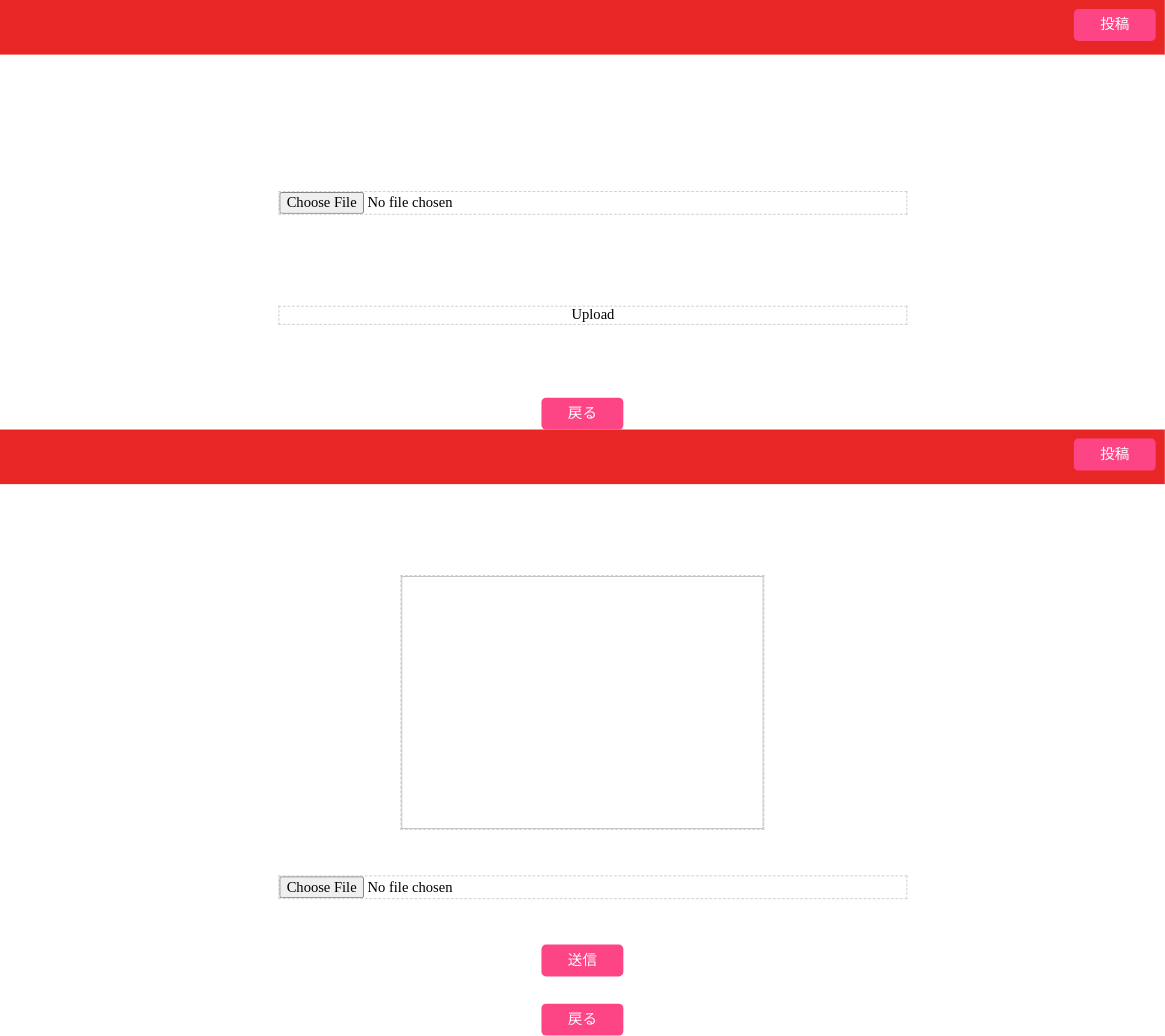
Repository: masaharu0090/yuibon_001
Page: http://localhost/ImagePosting_08.04/views/postImageForm.php?id=25
These files come from the project's save history. The page is drawn as it stood at one moment and after the next save; the edit follows.
The browser window is 1280 px wide. The pictures show the whole page, at 91% of full size.
The page is run by PHP 8.4 with error messages shown; the project is at /var/www/html/.

Above is the page before, as saved 2023-08-06 02:02:11.

### ImagePosting_08.04/views/postImageForm.php
<!DOCTYPE html>
<html lang="ja">

<head>
    <meta charset="UTF-8">
    <meta http-equiv="X-UA-Compatible" content="IE=edge">
    <meta name="viewport" content="width=device-width, initial-scale=1.0">
    <link rel="stylesheet" href="../assets/css/style.css">
    <title>画像投稿アプリ</title>
</head>

<body>
    <?php include('./header.php') ?>
    <div class="submitImage">
        <?php
        $action = isset($_GET['id']) ? "../api/updateImage.php?id={$_GET['id']}" : "../api/postImage.php";
        ?>
        <form action="<?php echo $action; ?>" method="post" enctype="multipart/form-data">
            <input type="file" name="file" id="file">
            <input type="submit" name="submit" value="Upload">
        </form>

        <button onclick="location.href='../html/index.php';" class="backButton">戻る</button>
    </div>
</body>

<body>
    <?php include('./header.php') ?>
    <div class="submitImage">
        <?php if(isset($_GET['id'])) { ?>
        <form action="../updateImage.php?id=<?php echo($_GET['id']); ?>" method="post" enctype="multipart/form-data">
            <?php } else { ?>
            <form action="../postImage.php" method="post" enctype="multipart/form-data">
                <?php } ?>
                <img id="preview">
                <input type="file" name="file" onchange="previewFile(this);">
                <button type="submit" name="submit">送信</button>
            </form>
            <button onclick="location.href='./index.php';" class="backButton">戻る</button>
    </div>
</body>

</html>

<script>
function previewFile(event) {
    var fileData = new FileReader();
    fileData.onload = (function() {
        document.getElementById('preview').src = fileData.result;
    });
    fileData.readAsDataURL(event.files[0]);
}
</script>

### ImagePosting_08.04/views/header.php
<!DOCTYPE html>
<html lang="ja">

<head>
    <meta charset="UTF-8">
    <meta http-equiv="X-UA-Compatible" content="IE=edge">
    <meta name="viewport" content="width=device-width, initial-scale=1.0">
    <link rel="stylesheet" href="../style.css">
    <title>画像投稿アプリ</title>
</head>

<body>
    <div class="header">
        <button class="postImage" onclick="location.href='../views/postImageForm.php';">投稿</button>
    </div>
</body>

</html>

### ImagePosting_08.04/assets/css/style.css
/*! destyle.css v3.0.2 | MIT License | https://github.com/nicolas-cusan/destyle.css */

/* Reset box-model and set borders */
/* ============================================ */

*,
::before,
::after {
  box-sizing: border-box;
  border-style: solid;
  border-width: 0;
}

/* Document */
/* ============================================ */

/**
 * 1. Correct the line height in all browsers.
 * 2. Prevent adjustments of font size after orientation changes in iOS.
 * 3. Remove gray overlay on links for iOS.
 */

html {
  line-height: 1.15; /* 1 */
  -webkit-text-size-adjust: 100%; /* 2 */
  -webkit-tap-highlight-color: transparent; /* 3*/
}

/* Sections */
/* ============================================ */

/**
 * Remove the margin in all browsers.
 */

body {
  margin: 0;
}

/**
 * Render the `main` element consistently in IE.
 */

main {
  display: block;
}

/* Vertical rhythm */
/* ============================================ */

p,
table,
blockquote,
address,
pre,
iframe,
form,
figure,
dl {
  margin: 0;
}

/* Headings */
/* ============================================ */

h1,
h2,
h3,
h4,
h5,
h6 {
  font-size: inherit;
  font-weight: inherit;
  margin: 0;
}
/* Lists (enumeration) */
/* ============================================ */


ul,
ol {
  margin: 0;
  padding: 0;
  list-style: none;
}

/* Lists (definition) */
/* ============================================ */

dt {
  font-weight: bold;
}

dd {
  margin-left: 0;
}

/* Grouping content */
/* ============================================ */

/**
 * 1. Add the correct box sizing in Firefox.
 * 2. Show the overflow in Edge and IE.
 */

hr {
  box-sizing: content-box; /* 1 */
  height: 0; /* 1 */
  overflow: visible; /* 2 */
  border-top-width: 1px;
  margin: 0;
  clear: both;
  color: inherit;
}

/**
 * 1. Correct the inheritance and scaling of font size in all browsers.
 * 2. Correct the odd `em` font sizing in all browsers.
 */

pre {
  font-family: monospace, monospace; /* 1 */
  font-size: inherit; /* 2 */
}

address {
  font-style: inherit;
}

/* Text-level semantics */
/* ============================================ */

/**
 * Remove the gray background on active links in IE 10.
 */

a {
  background-color: transparent;
  text-decoration: none;
  color: inherit;
}

/**
 * 1. Remove the bottom border in Chrome 57-
 * 2. Add the correct text decoration in Chrome, Edge, IE, Opera, and Safari.
 */

abbr[title] {
  text-decoration: underline dotted; /* 2 */
}

/**
 * Add the correct font weight in Chrome, Edge, and Safari.
 */

b,
strong {
  font-weight: bolder;
}

/**
 * 1. Correct the inheritance and scaling of font size in all browsers.
 * 2. Correct the odd `em` font sizing in all browsers.
 */

code,
kbd,
samp {
  font-family: monospace, monospace; /* 1 */
  font-size: inherit; /* 2 */
}

/**
 * Add the correct font size in all browsers.
 */

small {
  font-size: 80%;
}

/**
 * Prevent `sub` and `sup` elements from affecting the line height in
 * all browsers.
 */

sub,
sup {
  font-size: 75%;
  line-height: 0;
  position: relative;
  vertical-align: baseline;
}

sub {
  bottom: -0.25em;
}

sup {
  top: -0.5em;
}

/* Replaced content */
/* ============================================ */

/**
 * Prevent vertical alignment issues.
 */

svg,
img,
embed,
object,
iframe {
  vertical-align: bottom;
}

/* Forms */
/* ============================================ */

/**
 * Reset form fields to make them styleable.
 * 1. Make form elements stylable across systems iOS especially.
 * 2. Inherit text-transform from parent.
 */

button,
input,
optgroup,
select,
textarea {
  -webkit-appearance: none; /* 1 */
  appearance: none;
  vertical-align: middle;
  color: inherit;
  font: inherit;
  background: transparent;
  padding: 0;
  margin: 0;
  border-radius: 0;
  text-align: inherit;
  text-transform: inherit; /* 2 */
}

/**
 * Reset radio and checkbox appearance to preserve their look in iOS.
 */

[type="checkbox"] {
  -webkit-appearance: checkbox;
  appearance: checkbox;
}

[type="radio"] {
  -webkit-appearance: radio;
  appearance: radio;
}

/**
 * Correct cursors for clickable elements.
 */

button,
[type="button"],
[type="reset"],
[type="submit"] {
  cursor: pointer;
}

button:disabled,
[type="button"]:disabled,
[type="reset"]:disabled,
[type="submit"]:disabled {
  cursor: default;
}

/**
 * Improve outlines for Firefox and unify style with input elements & buttons.
 */

:-moz-focusring {
  outline: auto;
}

select:disabled {
  opacity: inherit;
}

/**
 * Remove padding
 */

option {
  padding: 0;
}

/**
 * Reset to invisible
 */

fieldset {
  margin: 0;
  padding: 0;
  min-width: 0;
}

legend {
  padding: 0;
}

/**
 * Add the correct vertical alignment in Chrome, Firefox, and Opera.
 */

progress {
  vertical-align: baseline;
}

/**
 * Remove the default vertical scrollbar in IE 10+.
 */

textarea {
  overflow: auto;
}

/**
 * Correct the cursor style of increment and decrement buttons in Chrome.
 */

[type="number"]::-webkit-inner-spin-button,
[type="number"]::-webkit-outer-spin-button {
  height: auto;
}

/**
 * 1. Correct the outline style in Safari.
 */

[type="search"] {
  outline-offset: -2px; /* 1 */
}

/**
 * Remove the inner padding in Chrome and Safari on macOS.
 */

[type="search"]::-webkit-search-decoration {
  -webkit-appearance: none;
}

/**
 * 1. Correct the inability to style clickable types in iOS and Safari.
 * 2. Fix font inheritance.
 */

::-webkit-file-upload-button {
  -webkit-appearance: button; /* 1 */
  font: inherit; /* 2 */
}

/**
 * Clickable labels
 */

label[for] {
  cursor: pointer;
}

/* Interactive */
/* ============================================ */

/*
 * Add the correct display in Edge, IE 10+, and Firefox.
 */

details {
  display: block;
}

/*
 * Add the correct display in all browsers.
 */

summary {
  display: list-item;
}

/*
 * Remove outline for editable content.
 */

[contenteditable]:focus {
  outline: auto;
}

/* Tables */
/* ============================================ */

/**
1. Correct table border color inheritance in all Chrome and Safari.
*/

table {
  border-color: inherit; /* 1 */
  border-collapse: collapse;
}

caption {
  text-align: left;
}

td,
th {
  vertical-align: top;
  padding: 0;
}

th {
  text-align: left;
  font-weight: bold;
}

/* 共通CSS */
/* ヘッダーCSS */
.header {
  width: 100%;
  height: 60px;
  background-color: #e92626;
  display: flex;
  justify-content: end;
}

.postImage {
  margin: 10px;
}

/* 画像投稿アプリ用buttonタグCSS */
button {
  color: #fff;
  background-color: #fd4485;
  width: 90px;
  height: 35px;
  text-align: center;
  border-radius: 5px;
}

/* 画像一覧ページ */
.imageList {
  width: 80%;
  margin: 10px auto 0 auto;
  display: flex;
  flex-wrap: wrap;
  justify-content: center;
  align-items: center;
}

.imageList img {
  width: 300px;
  height: 200px;
  object-fit: cover;
  margin: 10px;
  cursor: pointer;
}

.imageList img:hover {
  opacity: 70%;
}

.customDiv {
  display: flex;
  flex-wrap: wrap;
  justify-content: center;
  align-items: center;
}

.imageFrame {
  position: relative;
  width: calc(10% - 20px); /* 画像枠の幅を10%に設定 (10個の画像を横に並べるため) */
  margin: 5px;
  display: inline-block;
  border: 1px solid #ccc; /* 枠のデフォルトのスタイルを追加 */
  overflow: hidden; /* 画像のアスペクト比を保つために必要 */
}

.imageFrame img {
  max-width: 100%; /* 画像を枠内に収めるため、枠幅に合わせてサイズを調整 */
  height: auto;
  display: block;
}

.imageNumber {
  position: absolute;
  top: 5px;
  left: 5px;
  background-color: rgba(255, 255, 255, 0.8);
  border: 1px solid #ccc;
  border-radius: 5px;
  padding: 3px;
  font-size: 12px;
}

/* 画像が選択されていない空の枠のスタイル */
.emptyImageFrame {
  position: relative;
  width: calc(10% - 20px); /* 画像枠の幅を10%に設定 (10個の画像を横に並べるため) */
  margin: 5px;
  display: inline-block;
  border: 1px dashed #ccc; /* 薄い点線の枠を追加 */
  background-color: #f0f0f0; /* グレーの背景色を追加 */
  padding-top: calc(10% - 20px); /* 枠のアスペクト比を1:1に保つためのトリック */
  text-align: center; /* 番号を中央に表示するためのスタイル */
  line-height: calc(10% - 20px); /* 枠の高さに合わせて行の高さを調整 */
}

/* 画像が選択されていない空の枠のスタイル */
.emptyImageFrame {
  position: relative;
  width: calc(10% - 20px); /* 画像枠の幅を10%に設定 (10個の画像を横に並べるため) */
  margin: 5px;
  display: inline-block;
  border: 1px dashed #ccc; /* 薄い点線の枠を追加 */
  background-color: #f0f0f0; /* グレーの背景色を追加 */
  padding-top: calc(10% - 20px); /* 枠のアスペクト比を1:1に保つためのトリック */
}

/* 画像が選択されていない空の枠のスタイル */
.emptyImageFrame {
  width: calc(10% - 20px); /* 画像枠の幅を10%に設定 (10個の画像を横に並べるため) */
  height: 0;
  padding-top: 100%; /* 枠のアスペクト比を1:1に保つためのトリック */
  margin: 5px;
  display: inline-block;
  border: 1px dashed #ccc; /* 薄い点線の枠を追加 */
}


/* 画像一覧ページ.ページネーション */
.pagination {
  display: flex;
  justify-content: center;
}

.pagination li {
  display: inline;
  padding:10px 15px;
  margin: 3px;
  border:1px #ccc solid;color:#000053;
  border-radius: 5px;
  cursor: pointer;
}

/* 画像詳細ページ */
.detailImageBox {
  width: 80%;
  margin: 50px auto 0 auto;
  text-align: center;
  display: flex;
}

/* 画像 */
.detailImage {
  width: 60%;
}

.detailImage img {
  width: 100%;
  height: 460px;
  object-fit: cover;
}

.detailImagButton {
  width: 50%;
  margin: 10px auto 30px auto;
  display: flex;
  justify-content: space-around;
}

.updateButton {
  background-color: #78E40C;
}

.deleteButton {
  background-color: #FF0000;
}

/* 画像詳細ページ.コメント */
.comment {
  width: 40%;
  margin-left: 40px;
  text-align: left;
  list-style: none;
}

.comment ul {
  height: 280px;
  overflow-y: scroll;
}

.commentTitle {
  font-size: 20px;
  font-weight: bold;
  margin-bottom: 30px;
}

.comment li {
  margin-bottom: 20px;
}

textarea {
  width: 90%;
  height: 100px;
  resize: none;
  border: 1px solid #ccc;
  margin: 20px 0;
  border-radius: 5px;
}

.submitComment {
  width: 100%;
  margin: 0 auto;
  text-align: center;
}

.submitImage {
  width: 60%;
  margin: 100px auto 0 auto;
  text-align: center;
}

#preview {
  margin: 0 auto;
  width: 400px;
  height: 280px;
  object-fit: cover;
  border: 1px dashed #ccc;
}

.submitImage input {
  width: 90%;
  border: 1px dashed #ccc;
  margin: 50px;
}

.backButton {
  margin-top: 30px;
}

### ImagePosting_08.04/style.css
/*! destyle.css v3.0.2 | MIT License | https://github.com/nicolas-cusan/destyle.css */

/* Reset box-model and set borders */
/* ============================================ */

*,
::before,
::after {
  box-sizing: border-box;
  border-style: solid;
  border-width: 0;
}

/* Document */
/* ============================================ */

/**
 * 1. Correct the line height in all browsers.
 * 2. Prevent adjustments of font size after orientation changes in iOS.
 * 3. Remove gray overlay on links for iOS.
 */

html {
  line-height: 1.15; /* 1 */
  -webkit-text-size-adjust: 100%; /* 2 */
  -webkit-tap-highlight-color: transparent; /* 3*/
}

/* Sections */
/* ============================================ */

/**
 * Remove the margin in all browsers.
 */

body {
  margin: 0;
}

/**
 * Render the `main` element consistently in IE.
 */

main {
  display: block;
}

/* Vertical rhythm */
/* ============================================ */

p,
table,
blockquote,
address,
pre,
iframe,
form,
figure,
dl {
  margin: 0;
}

/* Headings */
/* ============================================ */

h1,
h2,
h3,
h4,
h5,
h6 {
  font-size: inherit;
  font-weight: inherit;
  margin: 0;
}
/* Lists (enumeration) */
/* ============================================ */


ul,
ol {
  margin: 0;
  padding: 0;
  list-style: none;
}

/* Lists (definition) */
/* ============================================ */

dt {
  font-weight: bold;
}

dd {
  margin-left: 0;
}

/* Grouping content */
/* ============================================ */

/**
 * 1. Add the correct box sizing in Firefox.
 * 2. Show the overflow in Edge and IE.
 */

hr {
  box-sizing: content-box; /* 1 */
  height: 0; /* 1 */
  overflow: visible; /* 2 */
  border-top-width: 1px;
  margin: 0;
  clear: both;
  color: inherit;
}

/**
 * 1. Correct the inheritance and scaling of font size in all browsers.
 * 2. Correct the odd `em` font sizing in all browsers.
 */

pre {
  font-family: monospace, monospace; /* 1 */
  font-size: inherit; /* 2 */
}

address {
  font-style: inherit;
}

/* Text-level semantics */
/* ============================================ */

/**
 * Remove the gray background on active links in IE 10.
 */

a {
  background-color: transparent;
  text-decoration: none;
  color: inherit;
}

/**
 * 1. Remove the bottom border in Chrome 57-
 * 2. Add the correct text decoration in Chrome, Edge, IE, Opera, and Safari.
 */

abbr[title] {
  text-decoration: underline dotted; /* 2 */
}

/**
 * Add the correct font weight in Chrome, Edge, and Safari.
 */

b,
strong {
  font-weight: bolder;
}

/**
 * 1. Correct the inheritance and scaling of font size in all browsers.
 * 2. Correct the odd `em` font sizing in all browsers.
 */

code,
kbd,
samp {
  font-family: monospace, monospace; /* 1 */
  font-size: inherit; /* 2 */
}

/**
 * Add the correct font size in all browsers.
 */

small {
  font-size: 80%;
}

/**
 * Prevent `sub` and `sup` elements from affecting the line height in
 * all browsers.
 */

sub,
sup {
  font-size: 75%;
  line-height: 0;
  position: relative;
  vertical-align: baseline;
}

sub {
  bottom: -0.25em;
}

sup {
  top: -0.5em;
}

/* Replaced content */
/* ============================================ */

/**
 * Prevent vertical alignment issues.
 */

svg,
img,
embed,
object,
iframe {
  vertical-align: bottom;
}

/* Forms */
/* ============================================ */

/**
 * Reset form fields to make them styleable.
 * 1. Make form elements stylable across systems iOS especially.
 * 2. Inherit text-transform from parent.
 */

button,
input,
optgroup,
select,
textarea {
  -webkit-appearance: none; /* 1 */
  appearance: none;
  vertical-align: middle;
  color: inherit;
  font: inherit;
  background: transparent;
  padding: 0;
  margin: 0;
  border-radius: 0;
  text-align: inherit;
  text-transform: inherit; /* 2 */
}

/**
 * Reset radio and checkbox appearance to preserve their look in iOS.
 */

[type="checkbox"] {
  -webkit-appearance: checkbox;
  appearance: checkbox;
}

[type="radio"] {
  -webkit-appearance: radio;
  appearance: radio;
}

/**
 * Correct cursors for clickable elements.
 */

button,
[type="button"],
[type="reset"],
[type="submit"] {
  cursor: pointer;
}

button:disabled,
[type="button"]:disabled,
[type="reset"]:disabled,
[type="submit"]:disabled {
  cursor: default;
}

/**
 * Improve outlines for Firefox and unify style with input elements & buttons.
 */

:-moz-focusring {
  outline: auto;
}

select:disabled {
  opacity: inherit;
}

/**
 * Remove padding
 */

option {
  padding: 0;
}

/**
 * Reset to invisible
 */

fieldset {
  margin: 0;
  padding: 0;
  min-width: 0;
}

legend {
  padding: 0;
}

/**
 * Add the correct vertical alignment in Chrome, Firefox, and Opera.
 */

progress {
  vertical-align: baseline;
}

/**
 * Remove the default vertical scrollbar in IE 10+.
 */

textarea {
  overflow: auto;
}

/**
 * Correct the cursor style of increment and decrement buttons in Chrome.
 */

[type="number"]::-webkit-inner-spin-button,
[type="number"]::-webkit-outer-spin-button {
  height: auto;
}

/**
 * 1. Correct the outline style in Safari.
 */

[type="search"] {
  outline-offset: -2px; /* 1 */
}

/**
 * Remove the inner padding in Chrome and Safari on macOS.
 */

[type="search"]::-webkit-search-decoration {
  -webkit-appearance: none;
}

/**
 * 1. Correct the inability to style clickable types in iOS and Safari.
 * 2. Fix font inheritance.
 */

::-webkit-file-upload-button {
  -webkit-appearance: button; /* 1 */
  font: inherit; /* 2 */
}

/**
 * Clickable labels
 */

label[for] {
  cursor: pointer;
}

/* Interactive */
/* ============================================ */

/*
 * Add the correct display in Edge, IE 10+, and Firefox.
 */

details {
  display: block;
}

/*
 * Add the correct display in all browsers.
 */

summary {
  display: list-item;
}

/*
 * Remove outline for editable content.
 */

[contenteditable]:focus {
  outline: auto;
}

/* Tables */
/* ============================================ */

/**
1. Correct table border color inheritance in all Chrome and Safari.
*/

table {
  border-color: inherit; /* 1 */
  border-collapse: collapse;
}

caption {
  text-align: left;
}

td,
th {
  vertical-align: top;
  padding: 0;
}

th {
  text-align: left;
  font-weight: bold;
}

/* 共通CSS */
/* ヘッダーCSS */
.header {
  width: 100%;
  height: 60px;
  background-color: #e92626;
  display: flex;
  justify-content: end;
}

.postImage {
  margin: 10px;
}

/* 画像投稿アプリ用buttonタグCSS */
button {
  color: #fff;
  background-color: #fd4485;
  width: 90px;
  height: 35px;
  text-align: center;
  border-radius: 5px;
}

/* 画像一覧ページ */
.imageList {
  width: 80%;
  margin: 10px auto 0 auto;
  display: flex;
  flex-wrap: wrap;
  justify-content: center;
  align-items: center;
}

.imageList img {
  width: 300px;
  height: 200px;
  object-fit: cover;
  margin: 10px;
  cursor: pointer;
}

.imageList img:hover {
  opacity: 70%;
}

.customDiv {
  display: flex;
  flex-wrap: wrap;
  justify-content: center;
  align-items: center;
}

.imageFrame {
  position: relative;
  width: calc(10% - 20px); /* 画像枠の幅を10%に設定 (10個の画像を横に並べるため) */
  margin: 5px;
  display: inline-block;
  border: 1px solid #ccc; /* 枠のデフォルトのスタイルを追加 */
  overflow: hidden; /* 画像のアスペクト比を保つために必要 */
}

.imageFrame img {
  max-width: 100%; /* 画像を枠内に収めるため、枠幅に合わせてサイズを調整 */
  height: auto;
  display: block;
}

.imageNumber {
  position: absolute;
  top: 5px;
  left: 5px;
  background-color: rgba(255, 255, 255, 0.8);
  border: 1px solid #ccc;
  border-radius: 5px;
  padding: 3px;
  font-size: 12px;
}

/* 画像が選択されていない空の枠のスタイル */
.emptyImageFrame {
  position: relative;
  width: calc(10% - 20px); /* 画像枠の幅を10%に設定 (10個の画像を横に並べるため) */
  margin: 5px;
  display: inline-block;
  border: 1px dashed #ccc; /* 薄い点線の枠を追加 */
  background-color: #f0f0f0; /* グレーの背景色を追加 */
  padding-top: calc(10% - 20px); /* 枠のアスペクト比を1:1に保つためのトリック */
  text-align: center; /* 番号を中央に表示するためのスタイル */
  line-height: calc(10% - 20px); /* 枠の高さに合わせて行の高さを調整 */
}

/* 画像が選択されていない空の枠のスタイル */
.emptyImageFrame {
  position: relative;
  width: calc(10% - 20px); /* 画像枠の幅を10%に設定 (10個の画像を横に並べるため) */
  margin: 5px;
  display: inline-block;
  border: 1px dashed #ccc; /* 薄い点線の枠を追加 */
  background-color: #f0f0f0; /* グレーの背景色を追加 */
  padding-top: calc(10% - 20px); /* 枠のアスペクト比を1:1に保つためのトリック */
}

/* 画像が選択されていない空の枠のスタイル */
.emptyImageFrame {
  width: calc(10% - 20px); /* 画像枠の幅を10%に設定 (10個の画像を横に並べるため) */
  height: 0;
  padding-top: 100%; /* 枠のアスペクト比を1:1に保つためのトリック */
  margin: 5px;
  display: inline-block;
  border: 1px dashed #ccc; /* 薄い点線の枠を追加 */
}


/* 画像一覧ページ.ページネーション */
.pagination {
  display: flex;
  justify-content: center;
}

.pagination li {
  display: inline;
  padding:10px 15px;
  margin: 3px;
  border:1px #ccc solid;color:#000053;
  border-radius: 5px;
  cursor: pointer;
}

/* 画像詳細ページ */
.detailImageBox {
  width: 80%;
  margin: 50px auto 0 auto;
  text-align: center;
  display: flex;
}

/* 画像 */
.detailImage {
  width: 60%;
}

.detailImage img {
  width: 100%;
  height: 460px;
  object-fit: cover;
}

.detailImagButton {
  width: 50%;
  margin: 10px auto 30px auto;
  display: flex;
  justify-content: space-around;
}

.updateButton {
  background-color: #78E40C;
}

.deleteButton {
  background-color: #FF0000;
}

/* 画像詳細ページ.コメント */
.comment {
  width: 40%;
  margin-left: 40px;
  text-align: left;
  list-style: none;
}

.comment ul {
  height: 280px;
  overflow-y: scroll;
}

.commentTitle {
  font-size: 20px;
  font-weight: bold;
  margin-bottom: 30px;
}

.comment li {
  margin-bottom: 20px;
}

textarea {
  width: 90%;
  height: 100px;
  resize: none;
  border: 1px solid #ccc;
  margin: 20px 0;
  border-radius: 5px;
}

.submitComment {
  width: 100%;
  margin: 0 auto;
  text-align: center;
}

.submitImage {
  width: 60%;
  margin: 100px auto 0 auto;
  text-align: center;
}

#preview {
  margin: 0 auto;
  width: 400px;
  height: 280px;
  object-fit: cover;
  border: 1px dashed #ccc;
}

.submitImage input {
  width: 90%;
  border: 1px dashed #ccc;
  margin: 50px;
}

.backButton {
  margin-top: 30px;
}

After the next save:
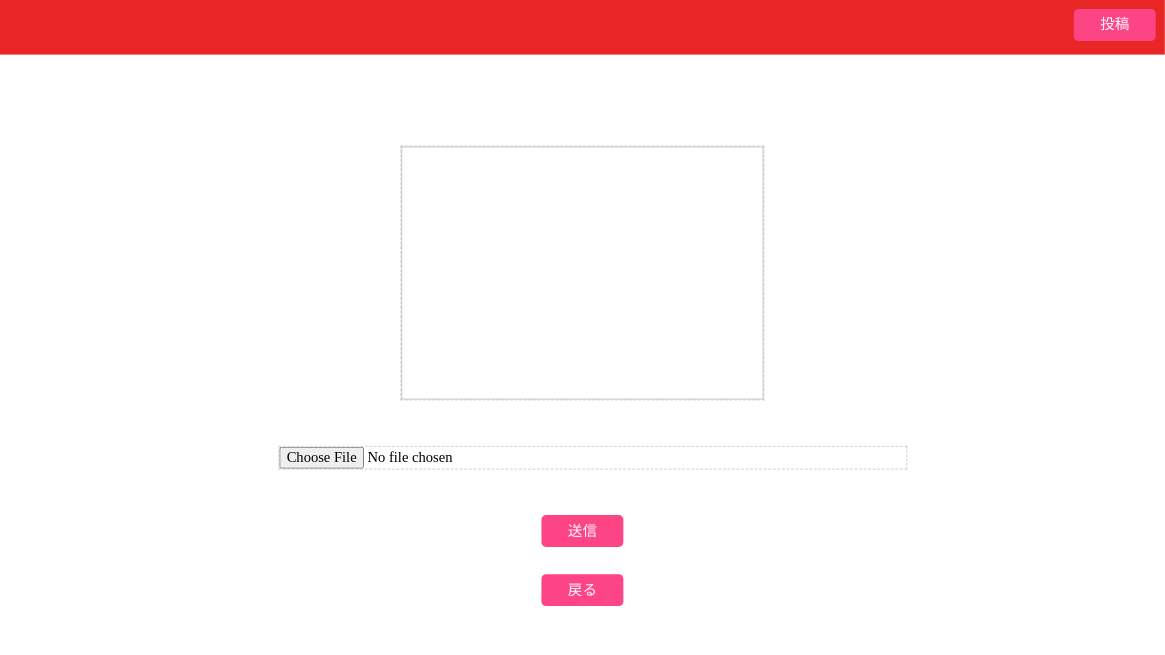
Saved 23 s later.
--- a/ImagePosting_08.04/views/postImageForm.php
+++ b/ImagePosting_08.04/views/postImageForm.php
@@ -9,20 +9,7 @@
     <title>画像投稿アプリ</title>
 </head>
 
-<body>
-    <?php include('./header.php') ?>
-    <div class="submitImage">
-        <?php
-        $action = isset($_GET['id']) ? "../api/updateImage.php?id={$_GET['id']}" : "../api/postImage.php";
-        ?>
-        <form action="<?php echo $action; ?>" method="post" enctype="multipart/form-data">
-            <input type="file" name="file" id="file">
-            <input type="submit" name="submit" value="Upload">
-        </form>
 
-        <button onclick="location.href='../html/index.php';" class="backButton">戻る</button>
-    </div>
-</body>
 
 <body>
     <?php include('./header.php') ?>
